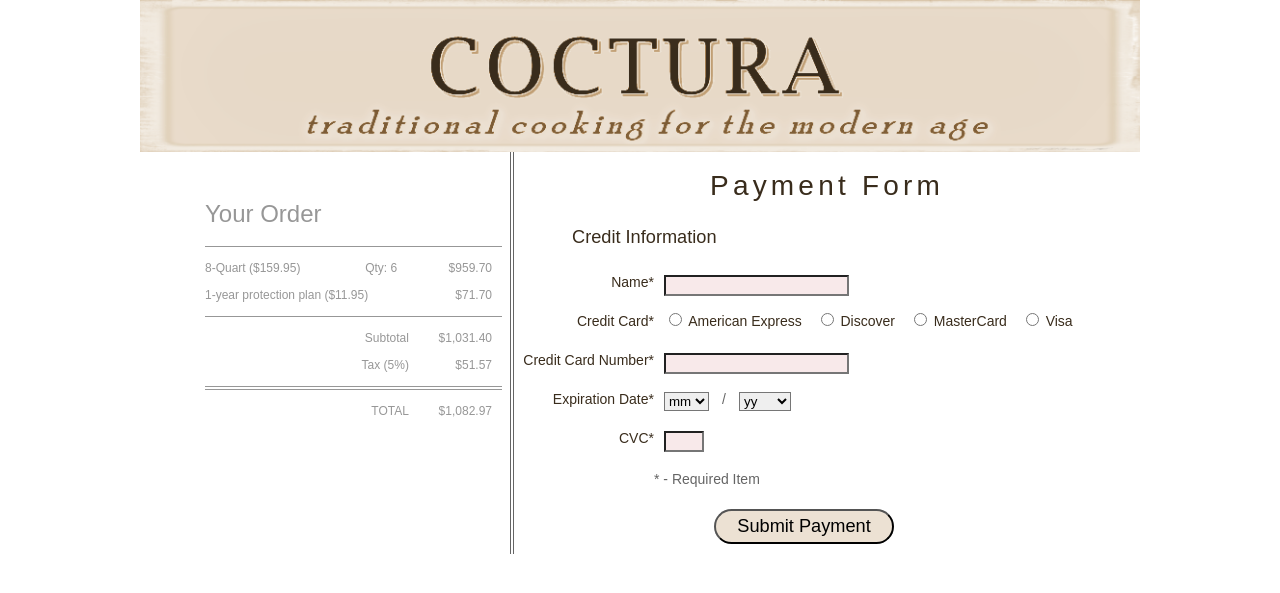
Repository: sandhya8109/hbommi_srimal4-js06-main
Page: hbommi_srimal4-js06-main/chapter/js06b_txt.html
An editor plug-in stored every save of this project. The page is shown before and after the next save, followed by the edit.
The browser window is 1280 px wide. The pictures show the whole page.

Above is the page before, as saved 2025-03-07 13:58:14.

### hbommi_srimal4-js06-main/chapter/js06b_txt.html
<!DOCTYPE html>
<html>
<head>
   <!--
      JavaScript 7th Edition
      Chapter 6
      Chapter Case

      Author:
      Date:

      Filename: js06b.html
   -->
   <meta charset="utf-8" />
   <meta name="viewport" content="width=device-width,initial-scale=1.0">
   <title>Chapter 6 Case Problem: Payment Form</title>
   <link rel="stylesheet" href="stylesb.css" />
</head>

<body>
   <header>
      <img src="logo.png" alt="Coctura" />
   </header>

   <section id="orderSection">
     <table id="orderTable">
        <caption>Your Order</caption>
        <tr>
           <td>8-Quart ($159.95)</td>
           <td>Qty: 6</td>
           <td class="rightA">$959.70</td>
        </tr>
        <tr>
           <td colspan="2">1-year protection plan ($11.95)</td>
           <td class="rightA">$71.70</td>
        </tr>
        <tr>
           <td colspan="2" class="rightA">Subtotal</td>
           <td class="rightA">$1,031.40</td>
        </tr>

        <tr>
           <td colspan="2" class="rightA">Tax (5%)</td>
           <td class="rightA">$51.57</td>
        </tr>

        <tr>
           <td colspan="2" class="rightA">TOTAL</td>
           <td class="rightA">$1,082.97</td>
        </tr>
     </table>
</section>

   <section id="paySection">
      <h1>Payment Form</h1>


      <form id="payment" name="payment" method="get" action="paysubmit.html">
         <fieldset id="creditcard">
            <legend>Credit Information</legend>

            <label for="cardName">Name*</label>
            <input name="cardName" id="cardName" required type="text" />

            <label>Credit Card*</label>
            <fieldset id="cards">
               <label class="cardLabel">
                  <input name="credit" value="amex" type="radio" required />
                  <span>American Express</span>
               </label>
               <label class="cardLabel">
                  <input name="credit" value="discover" type="radio" />
                  <span>Discover</span>
               </label>
               <label class="cardLabel">
                  <input name="credit" value="master" type="radio"  />
                  <span>MasterCard</span>
               </label>
               <label class="cardLabel">
                  <input name="credit" value="visa" type="radio"  />
                  <span>Visa</span>
               </label>
            </fieldset>

            <label for="cardNumber">Credit Card Number*</label>
            <input name="cardNumber" id="cardNumber" required type="text"
                   pattern="^(?:4[0-9]{12}(?:[0-9]{3})?|5[1-5][0-9]{14}|6(?:011|5[0-9][0-9])[0-9]{12}|3[47][0-9]{13}|3(?:0[0-5]|[68][0-9])[0-9]{11}|(?:2131|1800|35\d{3})\d{11})$"/>

            <label for="expMonth">Expiration Date*</label>
            <select id="expMonth" name="expMonth">
               <option value="mm">mm</option>
               <option value="01">01</option>
               <option value="02">02</option>
               <option value="03">03</option>
               <option value="04">04</option>
               <option value="05">05</option>
               <option value="06">06</option>
               <option value="07">07</option>
               <option value="08">08</option>
               <option value="09">09</option>
               <option value="10">10</option>
               <option value="11">11</option>
               <option value="12">12</option>
            </select>
            <span id="separator"> / </span>
            <select id="expYear" name="expYear">
               <option value="yy">yy</option>
               <option value="2022">2022</option>
               <option value="2023">2023</option>
               <option value="2024">2024</option>
               <option value="2025">2025</option>
               <option value="2026">2026</option>
            </select>

            <label for="cvc">CVC*</label>
            <input name="cvc" id="cvc" required pattern="^\d{3,4}$" type="text"/>
         </fieldset>

         <p id="footnote">* - Required Item</p>
         <input type="submit" id="subButton" value="Submit Payment" />
      </form>

   </section>
</body>
</html>

### hbommi_srimal4-js06-main/chapter/stylesb.css
/*  JavaScript 7th Edition
    Chapter 6
    Chapter Case

    Filename: stylesb.css
*/

/* apply a natural box layout model to all elements */
* {
   -moz-box-sizing: border-box;
   -webkit-box-sizing: border-box;
   box-sizing: border-box;
}

/* reset rules */
html, body, div, span, applet, object, iframe,
h1, h2, h3, h4, h5, h6, p, blockquote, pre,
a, abbr, acronym, address, big, cite, code,
del, dfn, em, img, ins, kbd, q, s, samp,
small, strike, strong, sub, sup, tt, var,
b, u, i, center,
dl, dt, dd, ol, ul, li,
fieldset, form, label, legend,
table, caption, tbody, tfoot, thead, tr, th, td,
article, aside, canvas, details, embed,
figure, figcaption, footer, header, hgroup,
menu, nav, output, ruby, section, summary,
time, mark, audio, video {
   margin: 0;
   padding: 0;
   border: 0;
   font-size: 100%;
   font: inherit;
   vertical-align: baseline;
}

/* HTML5 display-role reset for older browsers */
article, aside, details, figcaption, figure,
footer, header, hgroup, menu, nav, section {
   display: block;
}

body {
   line-height: 1;
   width: 1000px;
   background: white;
   margin: 0 auto;
   font-family: Arial, Helvetica, sans-serif;
}

ol, ul {
   list-style: none;
}


/* Styles for this Project */

html {
   font-family: Verdana, Geneva, sans-serif;
   font-size: 12px;
   color: rgb(101, 101, 101);
}

body {
   display: -webkit-flex;
   display: flex;
   -webkit-flex-flow: row wrap;
   flex-flow: row wrap;

   background: white;
   max-width: 1020px;
   min-width: 420px;
   margin: 0px auto;
}

p {
   font-size: 1.2em;
   line-height: 1.4em;
   margin: 15px;
}


/* Header Styles */

body > header {
   width: 100%;
}

body > header > img {
   display: block;
   width: 100%;
}


/* Section Styles */

section#summary {
   -webkit-flex: 1 1 50px;
   flex: 1 1 50px;
   padding: 20px 0px 10px 20px;
}

section#summary h1 {
   font-size: 1.8em;
   letter-spacing: 0.1em;
   line-height: 1.2em;
   font-weight: normal;
   margin-bottom: 10px;
}

section#summary h2 {
   font-size: 1.25em;
   font-weight: normal;
}

section#summary h3 {
   font-size: 1em;
   font-weight: normal;
   margin-bottom: 20px;
}

section#summary > img {
   display: block;
   width: 50%;
   margin: 0px auto;
}

section#summary p {
   font-size: 1.2em;
   text-align: justify;
}

section#orderSection {
   -webkit-flex: 1 1 250px;
   flex: 1 1 250px;
   margin: 20px;
}

/* Order Table Styles */

table#orderTable {
   margin: 30px 0px 0px 45px;
   width: 90%;
   border-collapse: collapse;
   color: rgb(151, 151, 151);
   font-size: 12px;
}


table#orderTable caption {
   font-size: 2em;
   text-align: left;
   color: rgb(151, 151, 151);
   font-weight: normal;
   margin-bottom: 20px;
}


table#orderTable td {
   height: 20px;
   vertical-align: top;
}


table#orderTable tr td:last-of-type input {
   text-align: right;
   border: none;
}

table#orderTable tr:nth-of-type(1) {
   border-top: 1px solid rgb(151, 151, 151);
   padding-top: 15px;
}

table#orderTable tr:nth-of-type(1) td {
   padding-top: 15px;
   padding-bottom: 15px;
}

table#orderTable tr:nth-of-type(2) td {
   padding-bottom: 15px;
}

table#orderTable tr:nth-of-type(2) {
   border-bottom: 1px solid rgb(151, 151, 151);
}

table#orderTable tr:nth-of-type(3) td {
   padding-top: 15px;
}

table#orderTable tr:nth-of-type(4) td {
   padding-top: 15px;
}

table#orderTable tr:nth-of-type(4) td {
   border-bottom: 4px double rgb(151, 151, 151);
   padding-bottom: 15px;
}

table#orderTable tr:last-of-type td {
   padding-top: 15px;
}

table#orderTable td.rightA {
   text-align: right;
   padding-right: 10px;
}



/* Payment Form Styles */

section#paySection {
   -webkit-flex: 1 1 550px;
   flex: 1 1 550px;
   border-left: 4px double rgb(101, 101, 101);
   min-height: 300px;
   font-size: 14px;
}

section#paySection p#footnote {
   font-size: 1em;
   text-align: left;
   margin: 0px 10px 20px 140px;
}

section#paySection h1 {
   text-align: center;
   font-size: 2em;
   letter-spacing: 0.15em;
   margin: 20px 0px;
   font-weight: normal;
   color: rgb(57, 44, 28);
}

form#payment fieldset {
   border: none;
}



form#payment legend {
   font-size: 1.3em;
   padding: 8px;
   width: 80%;
   text-align: left;
   margin-left: 50px;
   margin-bottom: 20px;
   color: rgb(57, 44, 28);
}


/* Input and Label Styles */

form#payment label {
   display: block;
   float: left;
   clear: left;
   font-size: 1em;
   margin-bottom: 25px;
   margin-right: 10px;
   width: 140px;
   text-align: right;
   color: rgb(57, 44, 28);
}


form#payment input, form#payment select {
   display: block;
   float: left;
   box-shadow: 0px 0px 15px white;
}

/* Radio Button Styles */

form#payment label.cardLabel {
   display: inline-block;
   float: none;
   width: auto;
   text-align: left;
   margin-top: -10px;
}

form#payment fieldset#cards {
   display: block;
   float: left;
}

form#payment fieldset#cards > span {
   display: inline-block;
   margin-left: 8px;
   width: 50px;
}



form#payment input[type='radio'] {
   display: inline-block;
   width: auto;
   float: none;
   clear: none;
}



span#separator {
   width: 30px;
   text-align: center;
   display: block;
   float: left;
}

form#payment input#cvc {
   width: 3em;
}

form#payment input#subButton {
   display: block;
   width: 180px;
   height: 35px;
   margin: 15px 0px 10px 200px;
   background-color: rgba(232, 218, 201, 0.8);
   font-size: 1.3em;
   border-radius: 20px;
   float: none;
}

/* Valid and Invalid Styles */

input:invalid, input:focus:invalid, select:invalid, select:focus:invalid {
   outline: none;
   background-color: rgba(221,147,148,0.2);
 }

input:valid, input:focus:valid, select:valid, select:focus:valid {
   outline: none;
   background-color: none;
}

After the next save:
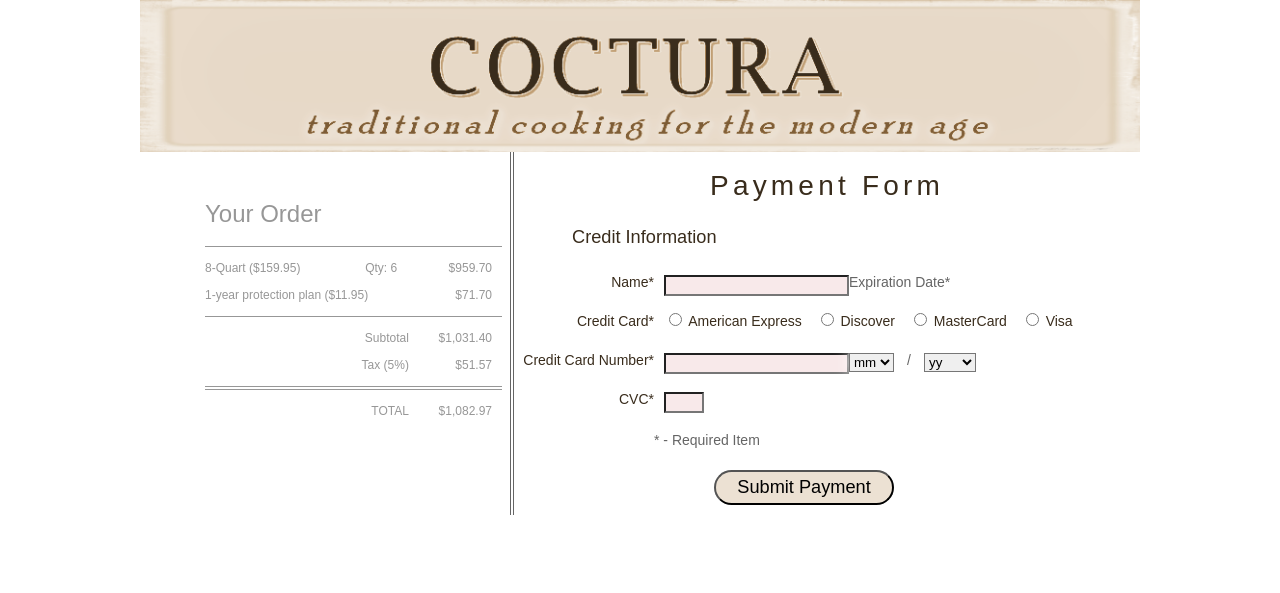
Saved 8 min 25 s later.
--- a/hbommi_srimal4-js06-main/chapter/js06b_txt.html
+++ b/hbommi_srimal4-js06-main/chapter/js06b_txt.html
@@ -84,7 +84,6 @@
 
             <label for="cardNumber">Credit Card Number*</label>
             <input name="cardNumber" id="cardNumber" required type="text"
-                   pattern="^(?:4[0-9]{12}(?:[0-9]{3})?|5[1-5][0-9]{14}|6(?:011|5[0-9][0-9])[0-9]{12}|3[47][0-9]{13}|3(?:0[0-5]|[68][0-9])[0-9]{11}|(?:2131|1800|35\d{3})\d{11})$"/>
 
             <label for="expMonth">Expiration Date*</label>
             <select id="expMonth" name="expMonth">

After the save that followed:
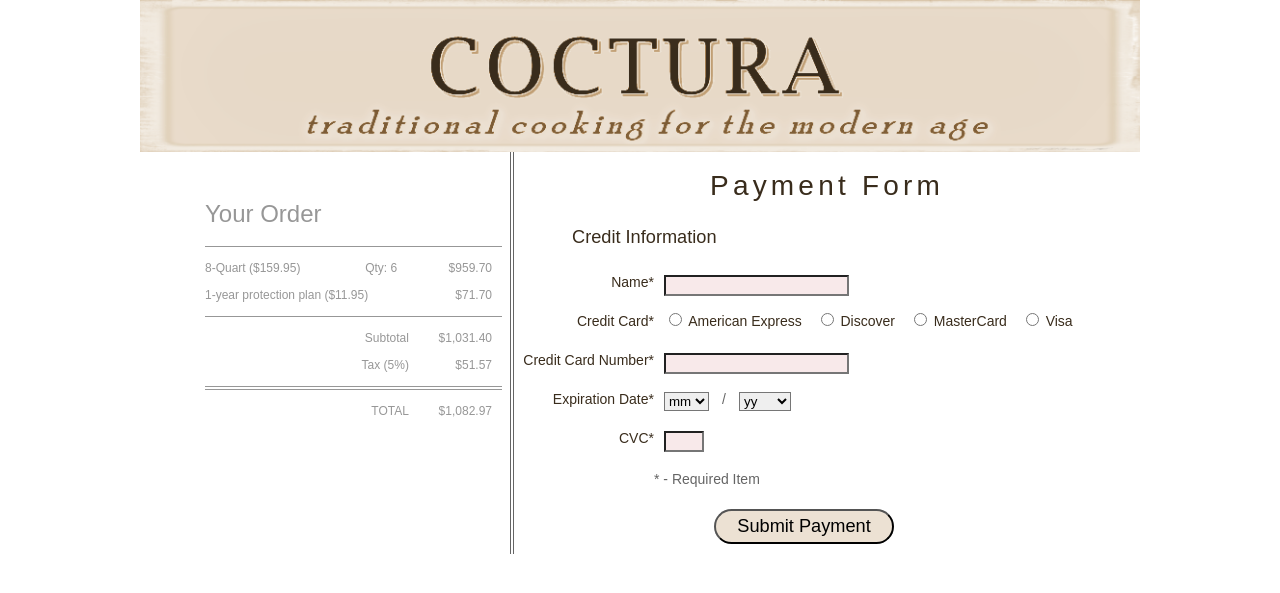
Saved 57 s later.
--- a/hbommi_srimal4-js06-main/chapter/js06b_txt.html
+++ b/hbommi_srimal4-js06-main/chapter/js06b_txt.html
@@ -83,7 +83,7 @@
             </fieldset>
 
             <label for="cardNumber">Credit Card Number*</label>
-            <input name="cardNumber" id="cardNumber" required type="text"
+            <input name="cardNumber" id="cardNumber" required type="text">
 
             <label for="expMonth">Expiration Date*</label>
             <select id="expMonth" name="expMonth">
